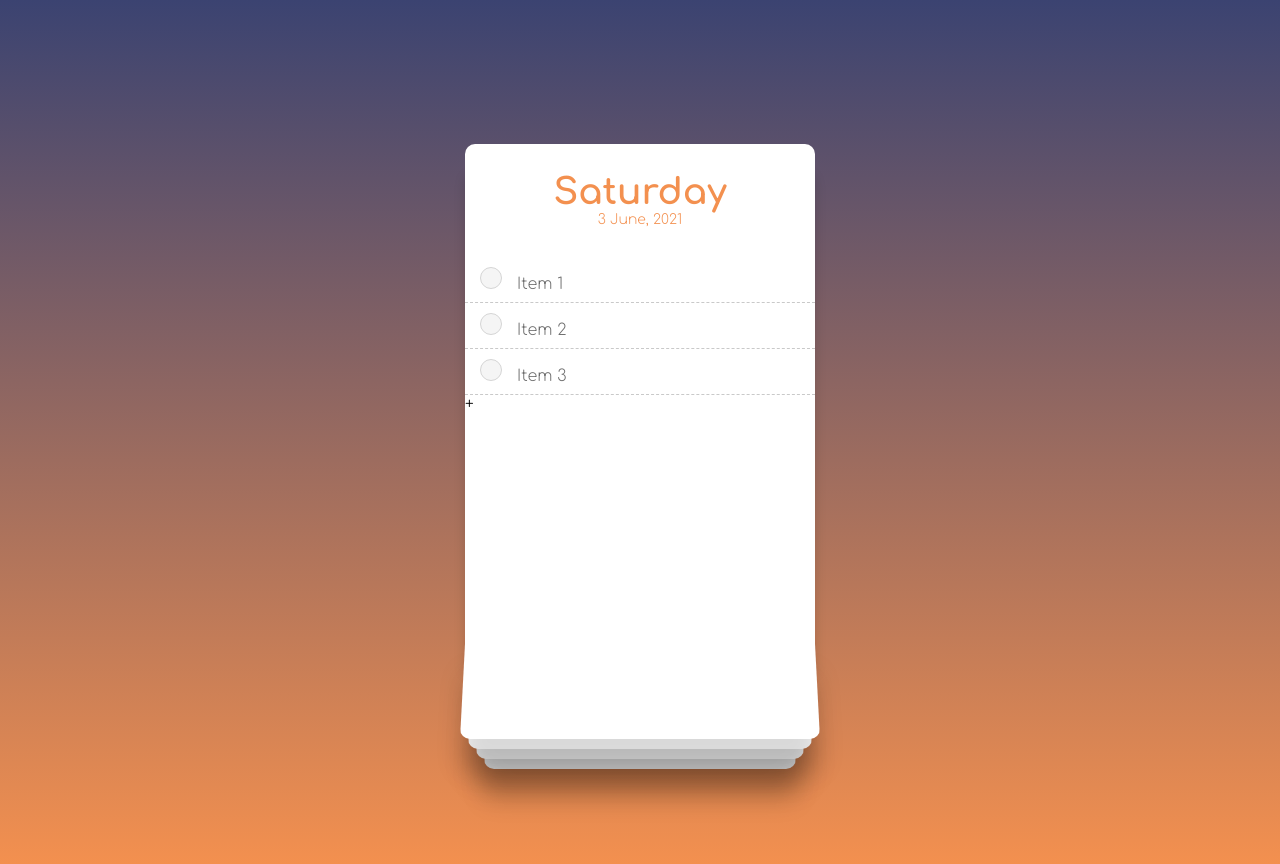
Repository: Colo-Codes/mini-projects
Page: todo-app/index.html
An editor plug-in stored every save of this project. The page is shown before and after the next save, followed by the edit.
The browser window is 1280 px wide. The pictures show the whole page.

Above is the page before, as saved 2021-07-04 12:11:56.

### todo-app/index.html
<!DOCTYPE html>
<html lang="en">
    <head>
        <meta charset="UTF-8" />
        <meta http-equiv="X-UA-Compatible" content="IE=edge" />
        <meta name="viewport" content="width=device-width, initial-scale=1.0" />
        <link rel="stylesheet" href="./css/index.css" />
        <title>Mini-Project - ToDo app</title>
    </head>
    <body>
        <div class="changing-background">
            <main class="todo">
                <section id="todo--header">
                    <header>Saturday</header>
                    <p>3 June, 2021</p>
                </section>
                <section id="todo--tasks-list">
                    <ul>
                        <li class="todo--tasks-list--item">
                            <span
                                class="todo--tasks-list--item--checkbox"
                            ></span
                            >Item 1
                        </li>
                        <li class="todo--tasks-list--item">
                            <span
                                class="todo--tasks-list--item--checkbox"
                            ></span
                            >Item 2
                        </li>
                        <li class="todo--tasks-list--item">
                            <span
                                class="todo--tasks-list--item--checkbox"
                            ></span
                            >Item 3
                        </li>
                    </ul>
                </section>
                <section id="todo--footer">
                    <p>+</p>
                </section>
            </main>
            <div id="sheet-1-3d"></div>
            <div id="sheet-2-3d"></div>
            <div id="sheet-3-3d"></div>
            <div id="sheet-4-3d"></div>
        </div>
    </body>
</html>

### todo-app/css/index.css
@import url('https://fonts.googleapis.com/css2?family=Comfortaa:wght@300;700&display=swap');

/* SECTION Initial reset */

html {
    box-sizing: border-box;
    font-size: 16px;
}

*,
*:before,
*:after {
    box-sizing: inherit;
    margin: 0;
    padding: 0;
    /*outline: 1px dashed blue; /* Debugging purposes */
}

/* SECTION Background */

body {
    font-family: 'Comfortaa', cursive;
    background: #f3904f; /* fallback for old browsers */
    background: -webkit-linear-gradient(
        to bottom,
        #3b4371,
        #f3904f
    ); /* Chrome 10-25, Safari 5.1-6 */
    background: linear-gradient(
        to bottom,
        #3b4371,
        #f3904f
    ); /* W3C, IE 10+/ Edge, Firefox 16+, Chrome 26+, Opera 12+, Safari 7+ */
    background-repeat: no-repeat;
    background-size: cover;
    height: 100vh;
}

/* SECTION ToDo container */

.todo {
    margin: auto;
    margin-top: 20vh;
    width: 350px;
    height: 500px;
    background-color: white;
    border-radius: 10px 10px 0 0;
    box-shadow: 0px 30px 12px rgba(0, 0, 0, 0.15);
}

/* ToDo shapes and shadows */

div [id^='sheet-'] {
    margin: auto;
    border-radius: 0 0 10px 10px;
    -webkit-filter: drop-shadow(0px 30px 12px rgba(0, 0, 0, 0.15));
    filter: drop-shadow(0px 30px 12px rgba(0, 0, 0, 0.15));
    -ms-filter: "progid:DXImageTransform.Microsoft.Dropshadow(OffX=0, OffY=30, Color='#444')";
    filter: "progid:DXImageTransform.Microsoft.Dropshadow(OffX=0, OffY=30, Color='#444')";
    /* trapezoidal shape */
    border-bottom: 95px solid white;
    border-left: 5px solid transparent;
    border-right: 5px solid transparent;
}
#sheet-1-3d {
    width: 360px;
    height: 95px;
    margin: auto;
    border-radius: 0 0 10px 10px;
    position: relative;
    z-index: 1;
}
#sheet-2-3d {
    width: 344px;
    height: 95px;
    margin: auto;
    margin-top: -85px;
    border-radius: 0 0 10px 10px;
    position: relative;
    z-index: -1;
}
#sheet-3-3d {
    width: 328px;
    height: 95px;
    margin: auto;
    margin-top: -85px;
    border-radius: 0 0 10px 10px;
    position: relative;
    z-index: -2;
}
#sheet-4-3d {
    width: 312px;
    height: 95px;
    margin: auto;
    margin-top: -85px;
    border-radius: 0 0 10px 10px;
    position: relative;
    z-index: -3;
}

/* SECTION ToDo header */

#todo--header header {
    padding-top: 1.75rem;
    font-size: 2.25rem;
    font-weight: 700;
    text-align: center;
    color: #f3904f;
}

#todo--header p {
    font-size: 0.875rem;
    text-align: center;
    color: #f3904f;
}

/* SECTION ToDo list of tasks */

#todo--tasks-list {
    margin-top: 1.875rem;
}

.todo--tasks-list--item {
    font-size: 1rem;
    color: #6d6d6d;
    height: 46px;
    border-bottom: 1px dashed #c9c9c9;
    margin: auto 0;
    list-style: none;
    padding-top: 10px;
}

.todo--tasks-list--item--checkbox {
    display: inline-block;
    width: 22px;
    height: 22px;
    background-color: #f5f5f5;
    border: 1px solid #d5d5d5;
    border-radius: 50%;
    margin: auto 15px auto 15px;
}

After the next save:
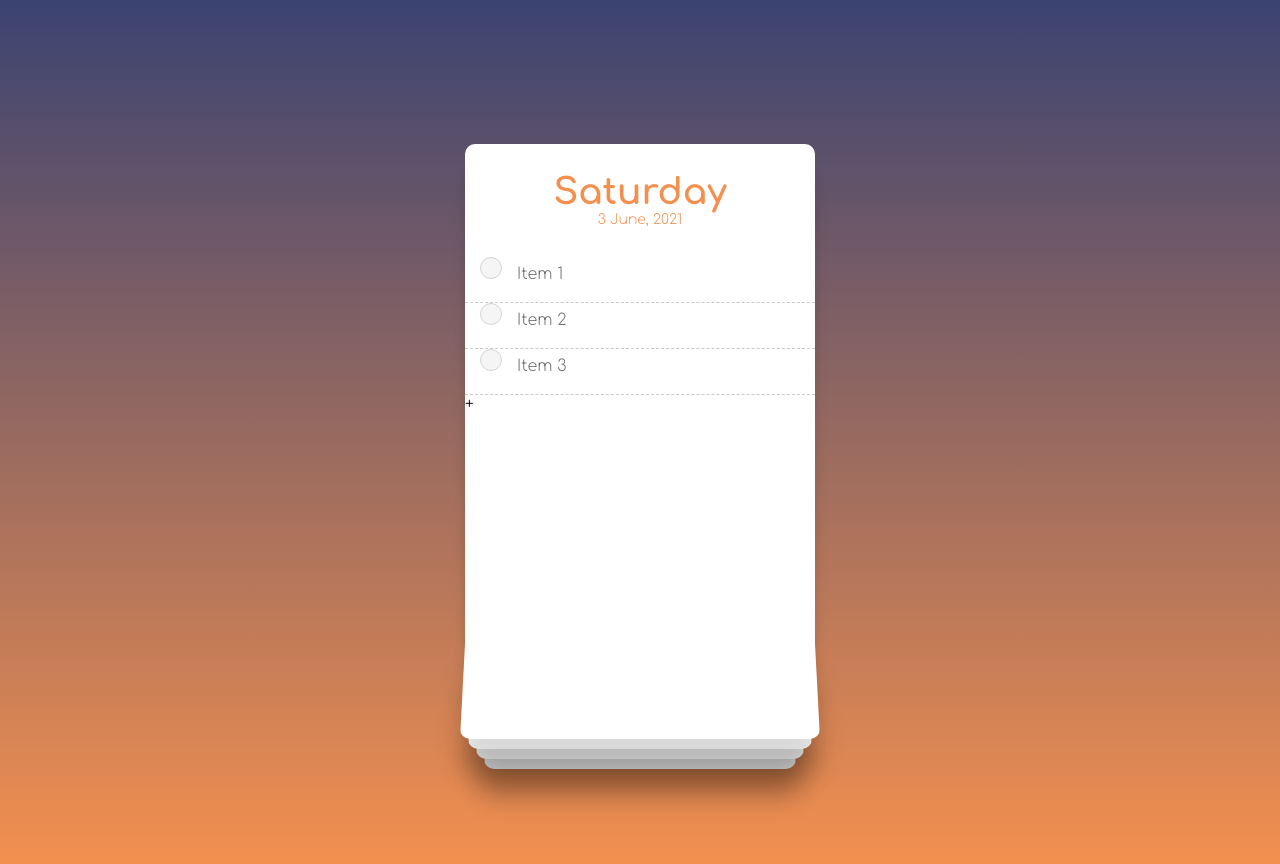
Saved 9 s later.
--- a/todo-app/css/index.css
+++ b/todo-app/css/index.css
@@ -127,7 +127,7 @@ div [id^='sheet-'] {
     border-bottom: 1px dashed #c9c9c9;
     margin: auto 0;
     list-style: none;
-    padding-top: 10px;
+    /* padding-top: 15px; */
 }
 
 .todo--tasks-list--item--checkbox {
